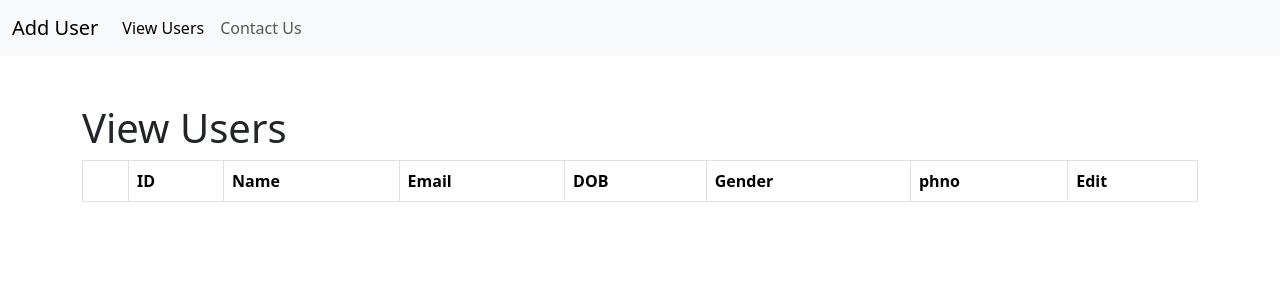
Repository: Parvezi9ahmad/01-MIniProject
Page: http://localhost/view-users
An editor plug-in stored every save of this project. The page is shown before and after the next save, followed by the edit.
The browser window is 1280 px wide. The pictures show the whole page.
The page is this project's Thymeleaf template; nobody is signed in. The template is opened directly, without the code that normally fills it, so the values that code supplies are empty.

Above is the page before, as saved 2023-12-20 06:08:19.

After the next save:
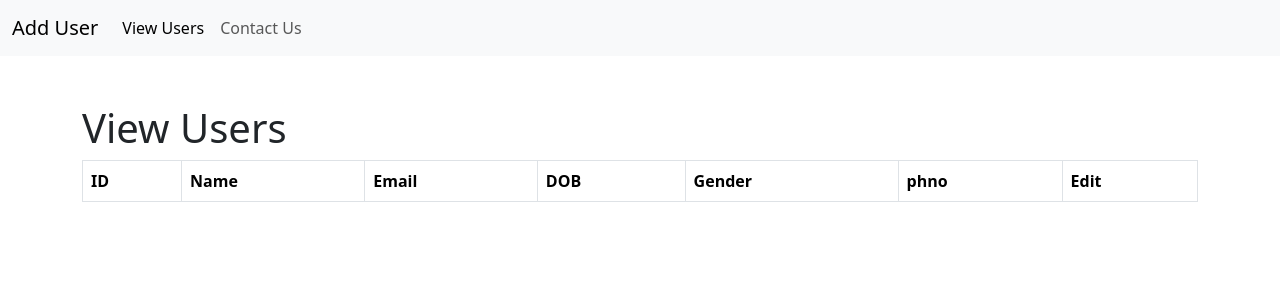
Saved 37 s later.
--- a/01-Mini-Project-User-Mgmt-App/src/main/resources/templates/view-users.html
+++ b/01-Mini-Project-User-Mgmt-App/src/main/resources/templates/view-users.html
@@ -34,7 +34,7 @@
 		<h1>View Users</h1>
 		<table class="table table-bordered table-striped">
 			<thead>
-				<th>
+				<tr>
 					<th>ID</th>
 					<th>Name</th>
 					<th>Email</th>
